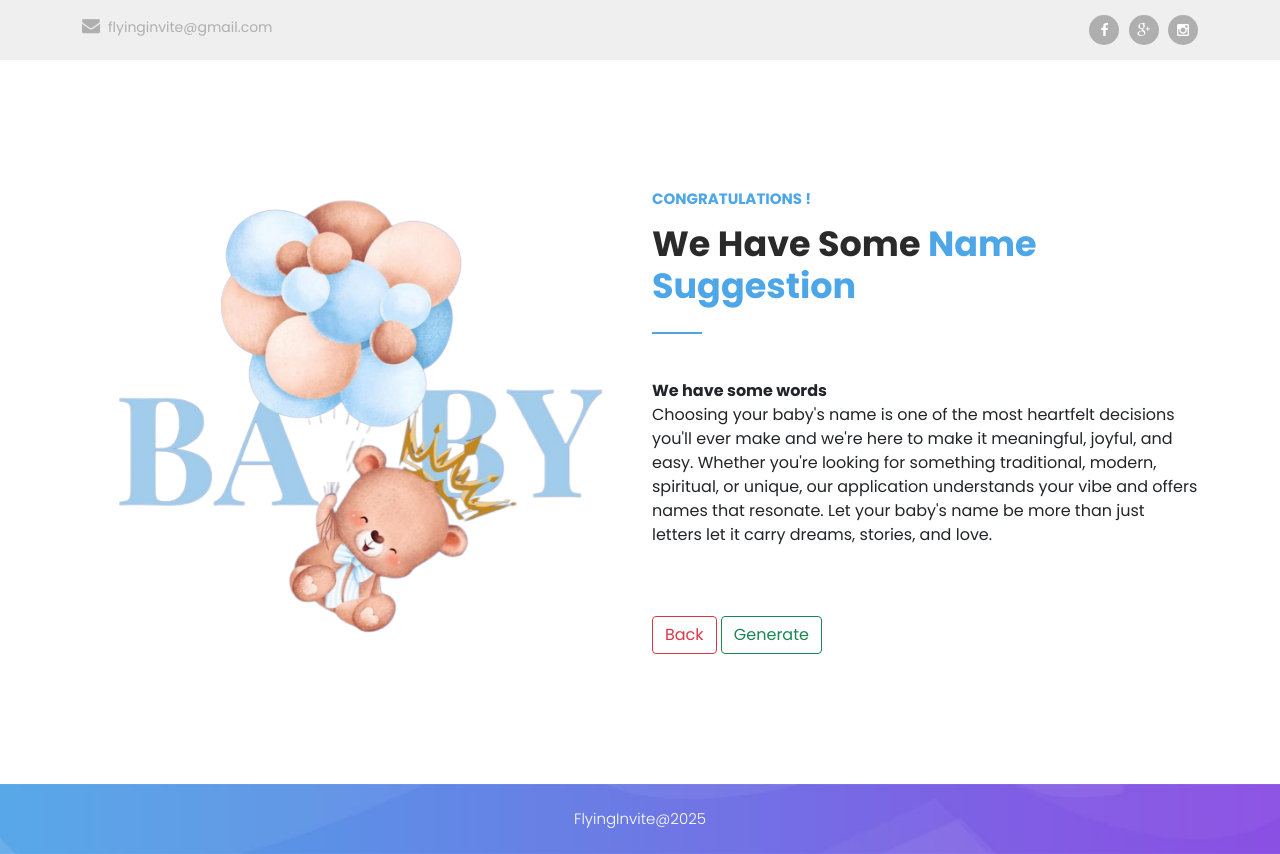
Repository: viraj7551/Flying-Invite-Project
Page: http://localhost/FlyingInvite/name_suggestor.jsp
The author's editor kept a copy of each file at every save. The page is drawn from the files as they stood at one save, then again after a run of saves.
The browser window is 1280 px wide. The pictures show the whole page.
The page is served by Tomcat 9. Other server files are loaded and not shown.

Above is the page before, as saved 2025-04-20 09:08:28.

### FlyingInvite/WebContent/name_suggestor.jsp
<%@ page language="java" contentType="text/html; charset=ISO-8859-1"
    pageEncoding="ISO-8859-1"%>
<!DOCTYPE html>
<html>
<head>
  <meta charset="UTF-8">
  <meta name="viewport" content="width=device-width, initial-scale=1, shrink-to-fit=no">
  <meta name="description" content="">
  <meta name="author" content="">
  <link rel="preconnect" href="https://fonts.googleapis.com">
  <link rel="preconnect" href="https://fonts.gstatic.com" crossorigin>
  <link href="https://fonts.googleapis.com/css2?family=Poppins:wght@100;200;300;400;500;600;700;800;900&display=swap" rel="stylesheet">

  <title>Flying Invite | Name Suggestor</title>

  <!-- Bootstrap core CSS -->
  <link href="vendor/bootstrap/css/bootstrap.min.css" rel="stylesheet">


  <!-- Additional CSS Files -->
  <link rel="stylesheet" href="assets/css/fontawesome.css">
  <link rel="stylesheet" href="assets/css/app.css">
  <link rel="stylesheet" href="assets/css/animated.css">
  <link rel="stylesheet" href="assets/css/owl.css">
  <link rel="stylesheet" href="assets/css/style.css">
  <link rel="stylesheet" href="./assets/css/style.css">

  <script async src="https://www.googletagmanager.com/gtag/js?id=G-DZ4MP44ET9"></script>
<script>
  window.dataLayer = window.dataLayer || [];
  function gtag(){dataLayer.push(arguments);}
  gtag('js', new Date());

  gtag('config', 'G-DZ4MP44ET9');
</script>


</head>
<body>
 <!-- ***** Preloader Start ***** -->
  <div id="js-preloader" class="js-preloader">
    <div class="preloader-inner">
      <span class="dot"></span>
      <div class="dots">
        <span></span>
        <span></span>
        <span></span>
      </div>
    </div>
  </div>

    <!-- ***** Preloader End ***** -->

  <!-- Pre-header Starts -->
  <div class="pre-header">
    <div class="container">
      <div class="row">
        <div class="col-lg-8 col-sm-8 col-7">
          <ul class="info">
            <li><a href="#"><i class="fa fa-envelope"></i>flyinginvite@gmail.com</a></li>
          </ul>
        </div>
        <div class="col-lg-4 col-sm-4 col-5">
          <ul class="social-media">
            <li><a href="https://www.facebook.com/profile.php?id=61567671551405" target="_blank"><i class="fa fa-facebook"></i></a></li>
            <li><a href="#"><i class="fa fa-google-plus"></i></a></li>
            <li><a href="https://www.instagram.com/flyinginvite/?igsh=Yjh6aXM5eHZ3a3Nt" target="_blank"><i class="fa fa-instagram"></i></a></li>
          </ul>
        </div>
      </div>
    </div>
  </div>
  <!-- Pre-header End -->

  <div id="about" class="about section">
    <div class="container">
      <div class="row">
        <div class="col-lg-12">
          <div class="row">
            <div class="col-lg-6">
              <div class="about-left-image  wow fadeInLeft" data-wow-duration="1s" data-wow-delay="0.5s">
                <img src="assets/images/name_suggestor.png" alt="mom with baby in her womb">
              </div>
            </div>
            <div class="col-lg-6 align-self-center  wow fadeInRight" data-wow-duration="1s" data-wow-delay="0.5s">
              <div class="about-right-content">
                <div class="section-heading">
                  <h6>Congratulations !</h6>
                  <h4>We have some <em>Name Suggestion</em></h4>
                  <div class="line-dec"></div>
                </div>

                <p>
                    <ul><strong>We have some words</strong>
                      <li>Choosing your baby's name is one of the most heartfelt decisions you'll ever make and we're here to make it meaningful, joyful, and easy. Whether you're looking for something traditional, modern, spiritual, or unique, our application understands your vibe and offers names that resonate.
Let your baby's name be more than just letters let it carry dreams, stories, and love.
                      </li>
                    </ul> <br>
                </p>

              <a href="index.jsp" class="btn btn-outline-danger" role="button"> Back</a>
              <a href="verifyEmail.jsp" class="btn btn-outline-success" role="button">Generate</a>

              </div>
            </div>
          </div>
        </div>
      </div>
    </div>
  </div>

  <footer>
    <div class="container">
      <div class="row">
        <div class="col-lg-12">
           <p>FlyingInvite@2025</p>
        </div>
      </div>
    </div>
  </footer>

  <!-- Scripts -->
  <script src="vendor/jquery/jquery.min.js"></script>
  <script src="vendor/bootstrap/js/bootstrap.bundle.min.js"></script>
  <script src="assets/js/owl-carousel.js"></script>
  <script src="assets/js/animation.js"></script>
  <script src="assets/js/imagesloaded.js"></script>
  <script src="assets/js/custom.js"></script>
  <script src="assets/js/app.js"></script>
</body>
</html>

### FlyingInvite/WebContent/assets/css/owl.css
/**
 * Owl Carousel v2.3.4
 * Copyright 2013-2018 David Deutsch
 * Licensed under: SEE LICENSE IN https://github.com/OwlCarousel2/OwlCarousel2/blob/master/LICENSE
 */
/*
 *  Owl Carousel - Core
 */
.owl-carousel {
  display: none;
  width: 100%;
  -webkit-tap-highlight-color: transparent;
  /* position relative and z-index fix webkit rendering fonts issue */
  position: relative;
  z-index: 1; }
  .owl-carousel .owl-stage {
    position: relative;
    -ms-touch-action: pan-Y;
    touch-action: manipulation;
    -moz-backface-visibility: hidden;
    /* fix firefox animation glitch */ }
  .owl-carousel .owl-stage:after {
    content: ".";
    display: block;
    clear: both;
    visibility: hidden;
    line-height: 0;
    height: 0; }
  .owl-carousel .owl-stage-outer {
    position: relative;
    overflow: hidden;
    /* fix for flashing background */
    -webkit-transform: translate3d(0px, 0px, 0px); }
  .owl-carousel .owl-wrapper,
  .owl-carousel .owl-item {
    -webkit-backface-visibility: hidden;
    -moz-backface-visibility: hidden;
    -ms-backface-visibility: hidden;
    -webkit-transform: translate3d(0, 0, 0);
    -moz-transform: translate3d(0, 0, 0);
    -ms-transform: translate3d(0, 0, 0); }
  .owl-carousel .owl-item {
    position: relative;
    min-height: 1px;
    float: left;
    -webkit-backface-visibility: hidden;
    -webkit-tap-highlight-color: transparent;
    -webkit-touch-callout: none; }
  .owl-carousel .owl-item img {
    display: block;
    width: 100%; }
  .owl-carousel .owl-nav.disabled,
  .owl-carousel .owl-dots.disabled {
    display: none; }
  .owl-carousel .owl-nav .owl-prev,
  .owl-carousel .owl-nav .owl-next,
  .owl-carousel .owl-dot {
    cursor: pointer;
    -webkit-user-select: none;
    -khtml-user-select: none;
    -moz-user-select: none;
    -ms-user-select: none;
    user-select: none; }
  .owl-carousel .owl-nav button.owl-prev,
  .owl-carousel .owl-nav button.owl-next,
  .owl-carousel button.owl-dot {
    background: none;
    color: inherit;
    border: none;
    padding: 0 !important;
    font: inherit; }
  .owl-carousel.owl-loaded {
    display: block; }
  .owl-carousel.owl-loading {
    opacity: 0;
    display: block; }
  .owl-carousel.owl-hidden {
    opacity: 0; }
  .owl-carousel.owl-refresh .owl-item {
    visibility: hidden; }
  .owl-carousel.owl-drag .owl-item {
    -ms-touch-action: pan-y;
        touch-action: pan-y;
    -webkit-user-select: none;
    -moz-user-select: none;
    -ms-user-select: none;
    user-select: none; }
  .owl-carousel.owl-grab {
    cursor: move;
    cursor: grab; }
  .owl-carousel.owl-rtl {
    direction: rtl; }
  .owl-carousel.owl-rtl .owl-item {
    float: right; }

/* No Js */
.no-js .owl-carousel {
  display: block; }

/*
 *  Owl Carousel - Animate Plugin
 */
.owl-carousel .animated {
  animation-duration: 1000ms;
  animation-fill-mode: both; }

.owl-carousel .owl-animated-in {
  z-index: 0; }

.owl-carousel .owl-animated-out {
  z-index: 1; }

.owl-carousel .fadeOut {
  animation-name: fadeOut; }

@keyframes fadeOut {
  0% {
    opacity: 1; }
  100% {
    opacity: 0; } }

/*
 * 	Owl Carousel - Auto Height Plugin
 */
.owl-height {
  transition: height 500ms ease-in-out; }

/*
 * 	Owl Carousel - Lazy Load Plugin
 */
.owl-carousel .owl-item {
  /**
			This is introduced due to a bug in IE11 where lazy loading combined with autoheight plugin causes a wrong
			calculation of the height of the owl-item that breaks page layouts
		 */ }
  .owl-carousel .owl-item .owl-lazy {
    opacity: 0;
    transition: opacity 400ms ease; }
  .owl-carousel .owl-item .owl-lazy[src^=""], .owl-carousel .owl-item .owl-lazy:not([src]) {
    max-height: 0; }
  .owl-carousel .owl-item img.owl-lazy {
    transform-style: preserve-3d; }

/*
 * 	Owl Carousel - Video Plugin
 */
.owl-carousel .owl-video-wrapper {
  position: relative;
  height: 100%;
  background: #000; }

.owl-carousel .owl-video-play-icon {
  position: absolute;
  height: 80px;
  width: 80px;
  left: 50%;
  top: 50%;
  margin-left: -40px;
  margin-top: -40px;
  background: url("owl.video.play.png") no-repeat;
  cursor: pointer;
  z-index: 1;
  -webkit-backface-visibility: hidden;
  transition: transform 100ms ease; }

.owl-carousel .owl-video-play-icon:hover {
  -ms-transform: scale(1.3, 1.3);
      transform: scale(1.3, 1.3); }

.owl-carousel .owl-video-playing .owl-video-tn,
.owl-carousel .owl-video-playing .owl-video-play-icon {
  display: none; }

.owl-carousel .owl-video-tn {
  opacity: 0;
  height: 100%;
  background-position: center center;
  background-repeat: no-repeat;
  background-size: contain;
  transition: opacity 400ms ease; }

.owl-carousel .owl-video-frame {
  position: relative;
  z-index: 1;
  height: 100%;
  width: 100%; }

### FlyingInvite/WebContent/assets/css/style.css
/* Aligns the heading text to the center. */

h1 {
    text-align: center;
  }

  /* Sets the width for the accordion. Sets the margin to 90px on the top and bottom and auto to the left and right */
.accordion-body{
    margin-top: 100px;
}


.navigate_section{
    margin: 90px auto;
}

#navigateHeader{
  display: none;
}
#navigateBtn{
  padding: 20px;
  background-color: #213448;
  color: #fff;
  margin-left: 350px;
  margin-top: 170px;
  margin-bottom: 170px;
  border-radius: 5px;
  width: max-content;
}
.blink_me{
  animation: blinker 1s linear infinite;
}

@keyframes blinker {
  50% {
    opacity: 0;
  }
}

#coming_soon_header{
  padding: 20px;
  color: #213448;
  margin-left: 350px;
  margin-top: 170px;
  margin-bottom: 170px;
  border-radius: 5px;
  width: max-content;
}

#navigateBtn:hover {
   background-color: #27548A;
}

  .accordion {
    width: 800px;
    margin: 90px auto;
    color: black;
    background-color: white;
    padding: 45px 45px;
  }

  .accordion .container {
    position: relative;
    margin: 10px 10px;
  }

  /* Positions the labels relative to the .container. Adds padding to the top and bottom and increases font size. Also makes its cursor a pointer */

  .accordion .label {
    position: relative;
    padding: 10px 0;
    font-size: 24px;
    color: black;
    cursor: pointer;
  }

  /* Positions the plus sign 5px from the right. Centers it using the transform property. */

.accordion .label::before {
    content: '+';
    color: black;
    position: absolute;
    top: 50%;
    right: -5px;
    font-size: 24px;
    transform: translateY(-50%);
  }

  /* Hides the content (height: 0), decreases font size, justifies text and adds transition */

  .accordion .content {
    position: relative;
    background: white;
    height: 0;
    font-size: 16px;
    text-align: justify;
    width: 780px;
    overflow: hidden;
    transition: 0.5s;
  }

  /* Adds a horizontal line between the contents */

  .accordion hr {
    width: 100;
    margin-left: 0;
    border: 1px solid grey;
  }

  /* Unhides the content part when active. Sets the height */

.accordion .container.active .content {
    height: 90px;
  }




  /* Changes from plus sign to negative sign once active */

  .accordion .container.active .label::before {
    content: '-';
    font-size: 30px;
  }


 @media (max-width: 1200px) {
    #navigateBtn{
      margin-left: 180px;
     }
  }

 @media only screen and (max-width: 1024px) {
    #coming_soon_header{
      margin-left: 180px;
    }
}

 @media only screen and (max-width: 1180px) {
    #coming_soon_header{
      margin-left: 180px;
    }
  }


  @media (max-width: 992px) {


    .accordion .container.active .content{
      width: auto;
      height: 100px;
    }

    #navigateBtn{
    margin-left: 55px;
   }
  }

   @media only screen and (max-width: 932px) and (min-width: 740px){
  #navigateBtn{
    margin-left: 135px;
   }

   #navigateHeader{
    display: block;
    margin-left: 110px;
  }
  #coming_soon_header{
    margin-left: 110px;
  }
 }



  @media (max-width: 767px){

    .accordion{
        width: auto;
    }
    .accordion .label {
        font-size: 16px;
      }

      .accordion .content {
        font-size: 14px;
        text-align: justify;
        width: 200px;
        overflow: hidden;
      }

      #navigateHeader{
        display: block;
        margin-left: 20px;
      }

      #coming_soon_header{
        margin-left: 20px;
      }
  }

    @media only screen and (max-width: 360px){
      #navigateHeader{
        display: block;
        margin-left: 60px;
      }
  }

### FlyingInvite/WebContent/assets/css/style02.css
@charset "ISO-8859-1";

    /* styles.css */
body {
    font-family: Arial, sans-serif;
    display: flex;
    justify-content: center;
    align-items: center;
    height: 100vh;
    margin: 0;
    background-color: #f4f4f4;
}

#form-container {
    background-color: white;
    padding: 20px;
    border-radius: 8px;
    box-shadow: 0px 4px 8px rgba(0, 0, 0, 0.1);
    width: 300px;
    text-align: center;
}

form {
    display: flex;
    flex-direction: column;
    align-items: flex-start;
}

label {
    margin-bottom: 5px;
}

input {
    padding: 8px;
    margin-bottom: 10px;
    width: 100%;
    box-sizing: border-box;
}

select{
    padding: 8px;
    margin-bottom: 25px;
    width: 100%;
    box-sizing: border-box;
}

select > option{
    padding: 15px;
}

.caste_preference{
    display: flex;
    width: 100%;
    margin-bottom: 5px;
}

.starting_letter_specific{
    display: flex;
    width: 100%;
    margin-bottom: 5px;
}

.error{
    margin-top: -30px;
    margin-bottom: 20px;
    color: red;
    font-size: 14px;
    display: none;
}

button {
    padding: 10px;
    background-color: #03461f;
    color: white;
    border: none;
    border-radius: 4px;
    cursor: pointer;
    width: 100%;
}

button:hover {
    background-color: #03751ac4;
}

Loaded but not shown: FlyingInvite/WebContent/assets/css/fontawesome.css (library); FlyingInvite/WebContent/assets/css/animated.css (common file); FlyingInvite/WebContent/assets/js/owl-carousel.js (3448 lines, source omitted); FlyingInvite/WebContent/assets/js/imagesloaded.js (496 lines, source omitted); FlyingInvite/WebContent/assets/js/animation.js (193 lines, source omitted); FlyingInvite/WebContent/assets/js/custom.js (172 lines, source omitted); FlyingInvite/WebContent/assets/js/app.js (7 lines, source omitted); FlyingInvite/WebContent/assets/css/app.css (2123 lines, source omitted)

After the next 6 saves:
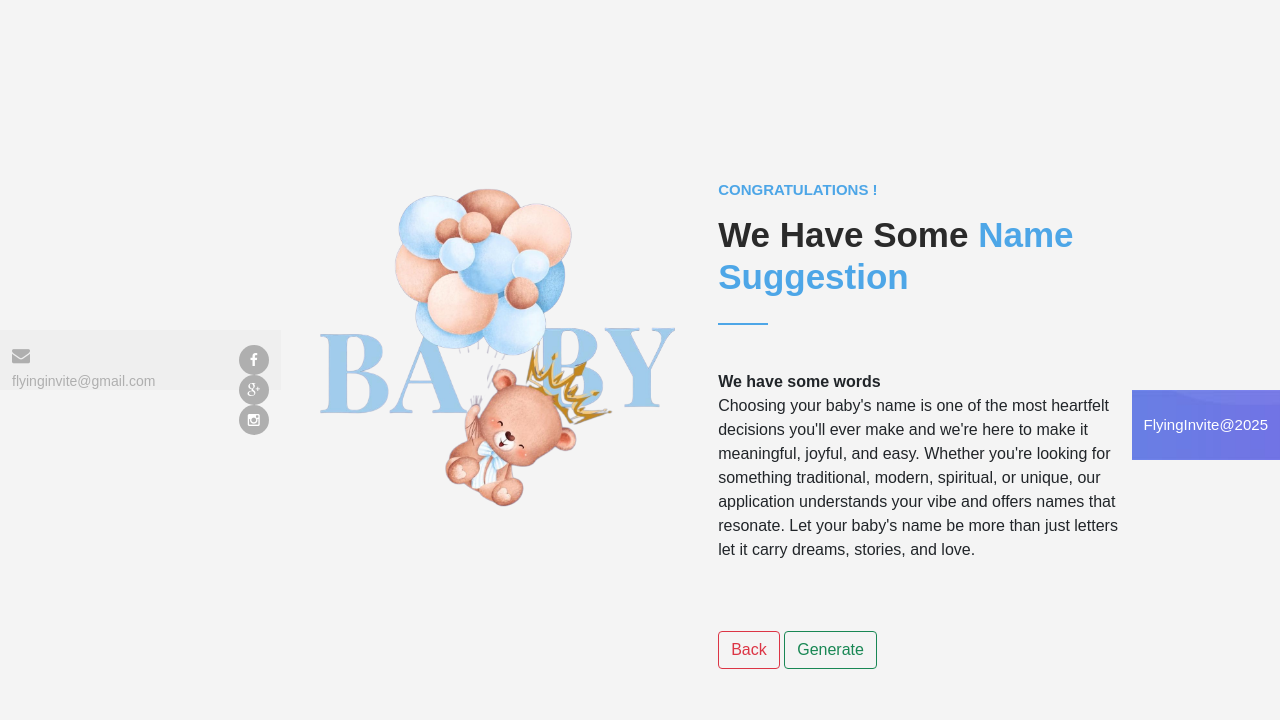
The 6 saves are shown as one change because they came seconds apart.
The last was saved 17 s later.
--- a/FlyingInvite/WebContent/name_suggestor.jsp
+++ b/FlyingInvite/WebContent/name_suggestor.jsp
@@ -18,12 +18,12 @@
 
 
   <!-- Additional CSS Files -->
-  <link rel="stylesheet" href="assets/css/fontawesome.css">
-  <link rel="stylesheet" href="assets/css/app.css">
-  <link rel="stylesheet" href="assets/css/animated.css">
-  <link rel="stylesheet" href="assets/css/owl.css">
-  <link rel="stylesheet" href="assets/css/style.css">
+  <link rel="stylesheet" href="./assets/css/fontawesome.css">
+  <link rel="stylesheet" href="./assets/css/app.css">
+  <link rel="stylesheet" href="./assets/css/animated.css">
+  <link rel="stylesheet" href="./assets/css/owl.css">
   <link rel="stylesheet" href="./assets/css/style.css">
+  <link rel="stylesheet" href="./assets/css/style02.css">
 
   <script async src="https://www.googletagmanager.com/gtag/js?id=G-DZ4MP44ET9"></script>
 <script>

After the 3 saves that followed:
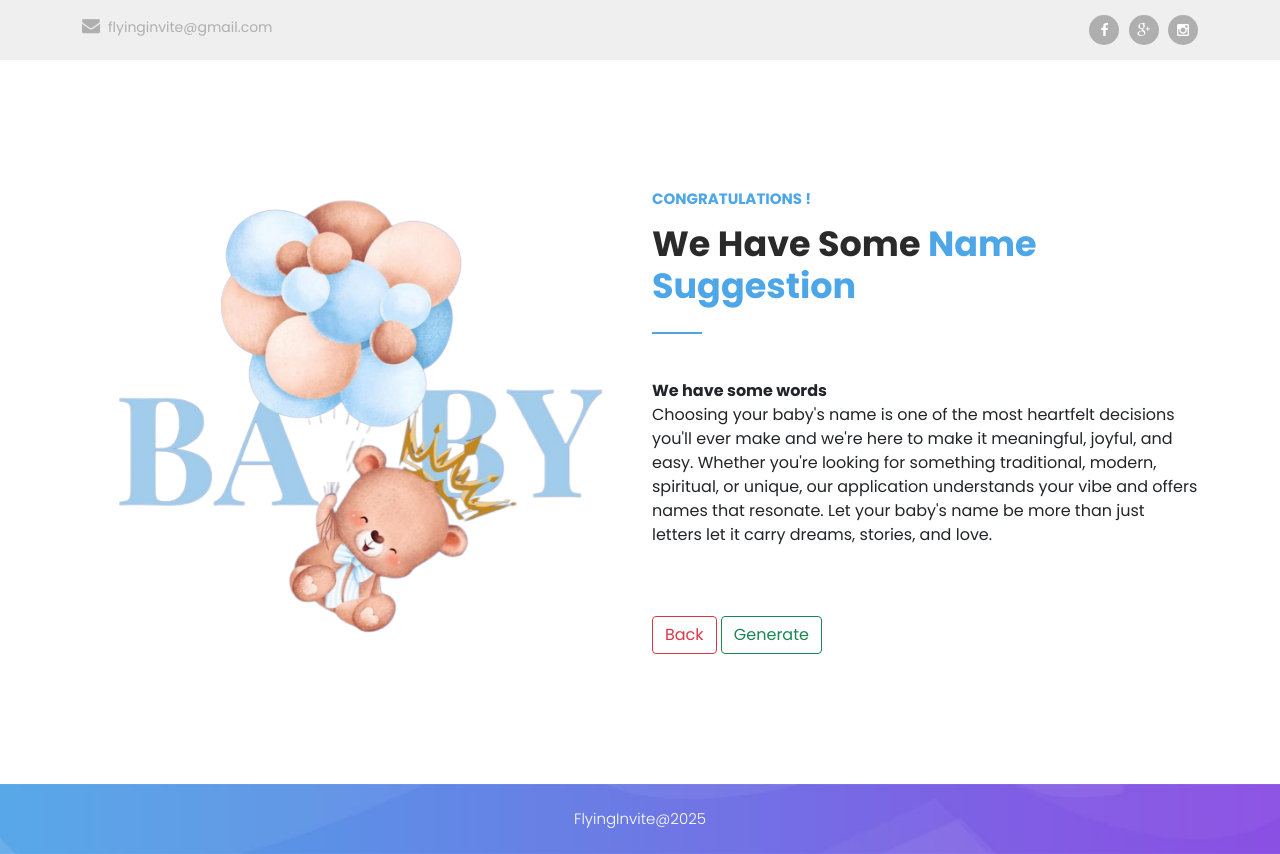
The 3 saves are shown as one change because 2 left the picture as it was.
The last was saved 47 s later.
--- a/FlyingInvite/WebContent/name_suggestor.jsp
+++ b/FlyingInvite/WebContent/name_suggestor.jsp
@@ -18,12 +18,11 @@
 
 
   <!-- Additional CSS Files -->
-  <link rel="stylesheet" href="./assets/css/fontawesome.css">
-  <link rel="stylesheet" href="./assets/css/app.css">
-  <link rel="stylesheet" href="./assets/css/animated.css">
-  <link rel="stylesheet" href="./assets/css/owl.css">
-  <link rel="stylesheet" href="./assets/css/style.css">
-  <link rel="stylesheet" href="./assets/css/style02.css">
+  <link rel="stylesheet" href="assets/css/fontawesome.css">
+  <link rel="stylesheet" href="assets/css/app.css">
+  <link rel="stylesheet" href="assets/css/animated.css">
+  <link rel="stylesheet" href="assets/css/owl.css">
+  <link rel="stylesheet" href="assets/css/style.css">
 
   <script async src="https://www.googletagmanager.com/gtag/js?id=G-DZ4MP44ET9"></script>
 <script>
